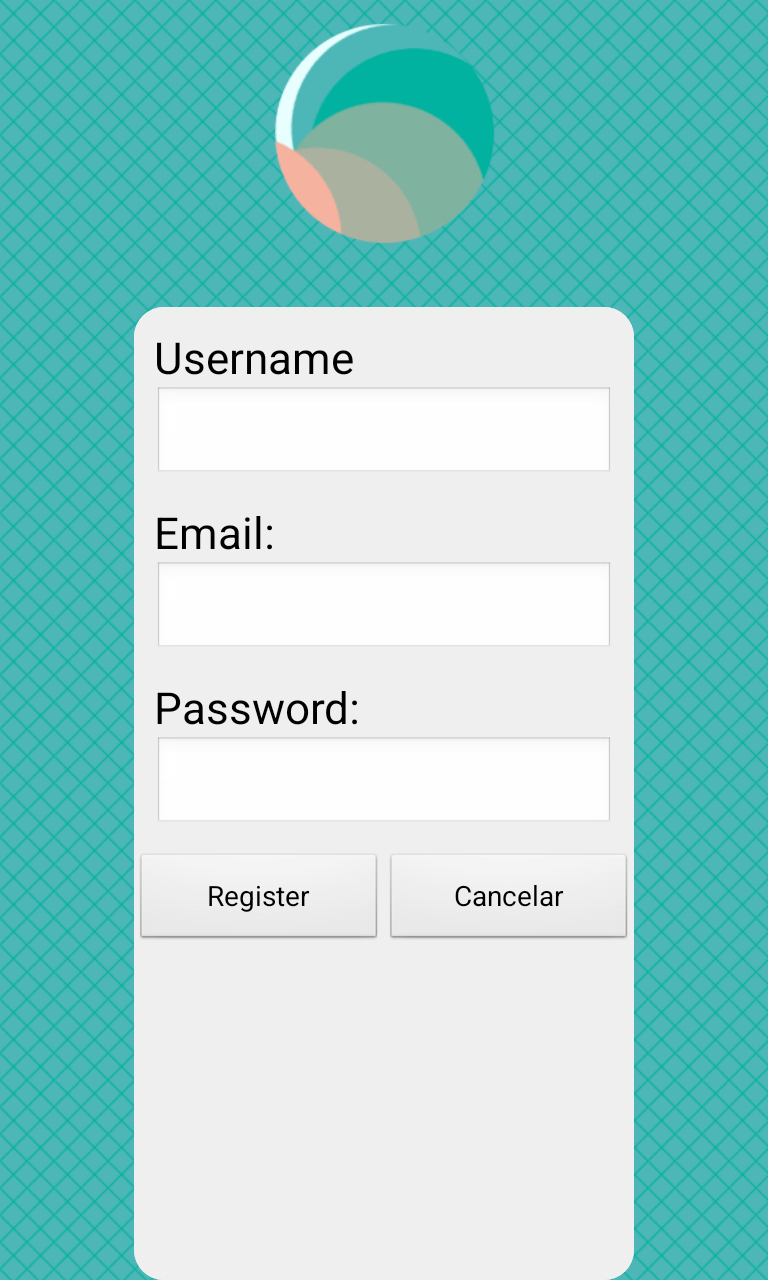
Repository: ppamorim/Coderock-X
Layout: workspace-Android/teste1/res/layout/activity_register.xml
An editor plug-in stored every save of this project. The layout is shown before and after the next save, followed by the edit.
It is drawn on a 768 x 1280 px phone screen (xhdpi) without system bars, with theme android:Theme.NoTitleBar; the app's code is not run.

Above is the layout before, as saved 2014-01-05 23:22:31.

After the next save:
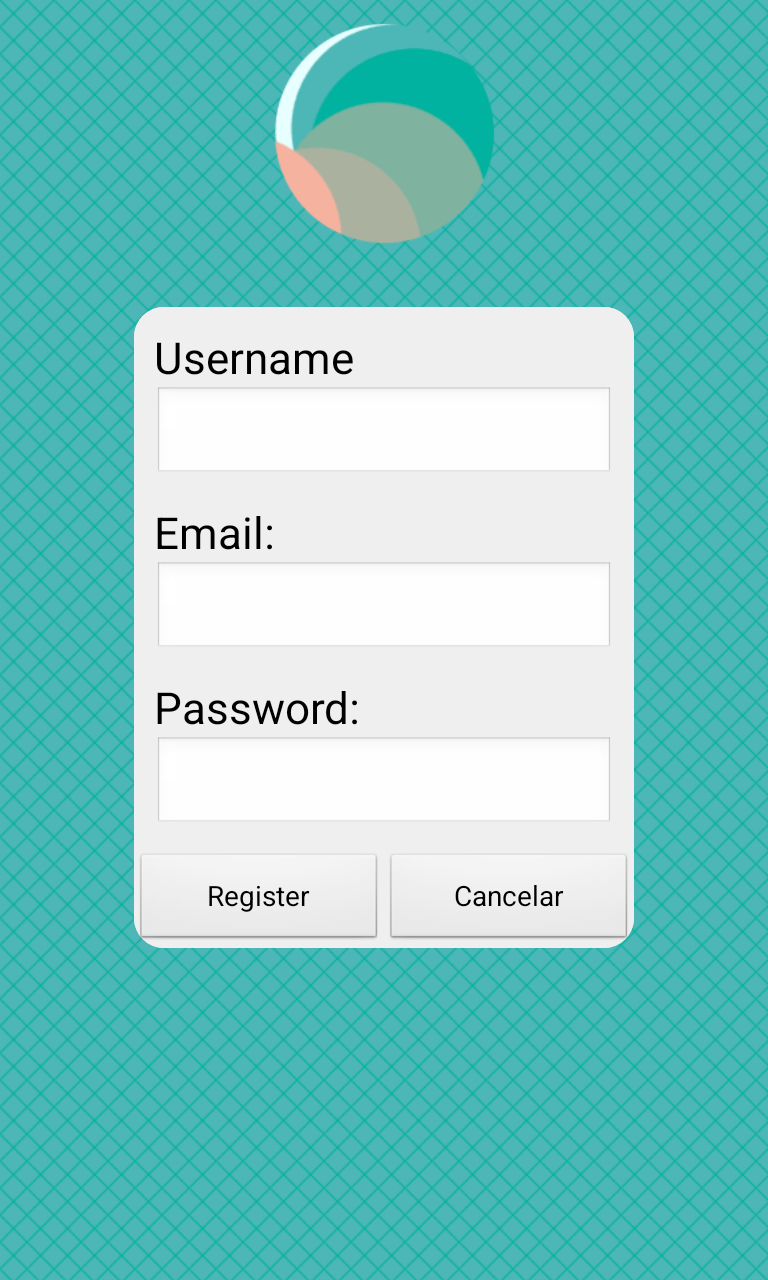
Saved 99 s later.
--- a/workspace-Android/teste1/res/layout/activity_register.xml
+++ b/workspace-Android/teste1/res/layout/activity_register.xml
@@ -94,7 +94,7 @@
 
         		<LinearLayout
         		android:layout_width="fill_parent"
-        		android:layout_height="240dp"
+        		android:layout_height="match_parent"
         		android:layout_weight="2"
         		android:orientation="horizontal" >
 
